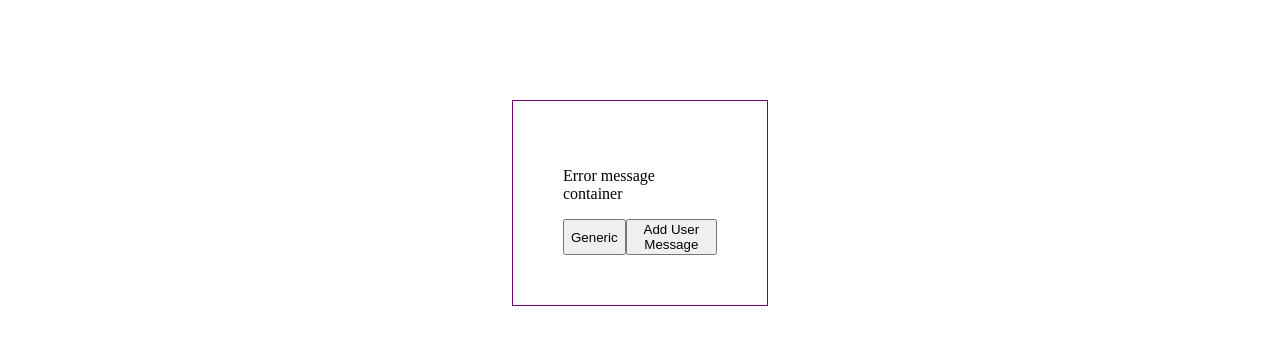
Repository: codeandcloud/message-demo
Page: index.html
These files come from the project's save history. The page is drawn as it stood at one moment and after the next save; the edit follows.
The browser window is 1280 px wide. The pictures show the whole page.

Above is the page before, as saved 2020-05-29 11:06:57.

After the next save:
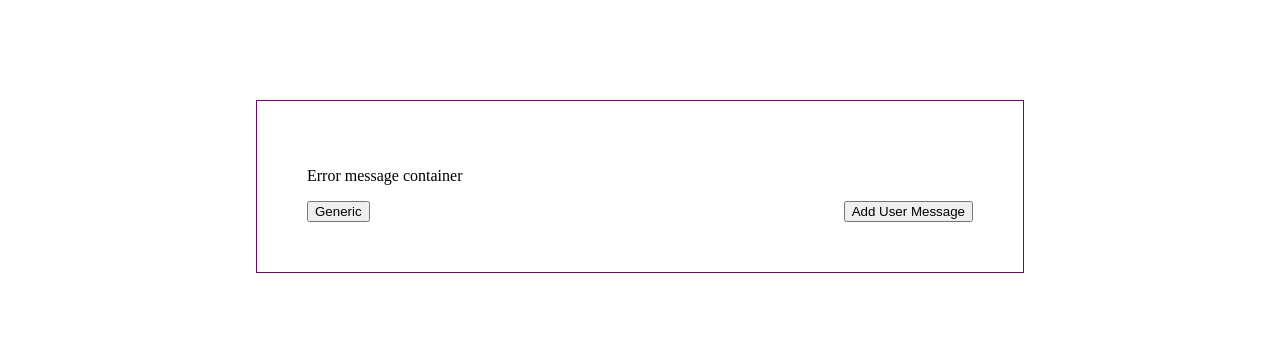
Saved 14 s later.
--- a/index.html
+++ b/index.html
@@ -10,7 +10,7 @@
     <script src="shared/globals.js" type="text/javascript"></script>
     <script src="pages/home.js" type="text/javascript"></script>
 </head>
-<body style="margin:100px 40%;">
+<body style="margin:100px 20%;">
     <div style="border:1px #707 solid; padding:50px; margin:0 auto;">
         <p id="result">Error message container</p>
         <div style="display:flex; justify-content:space-between;">
